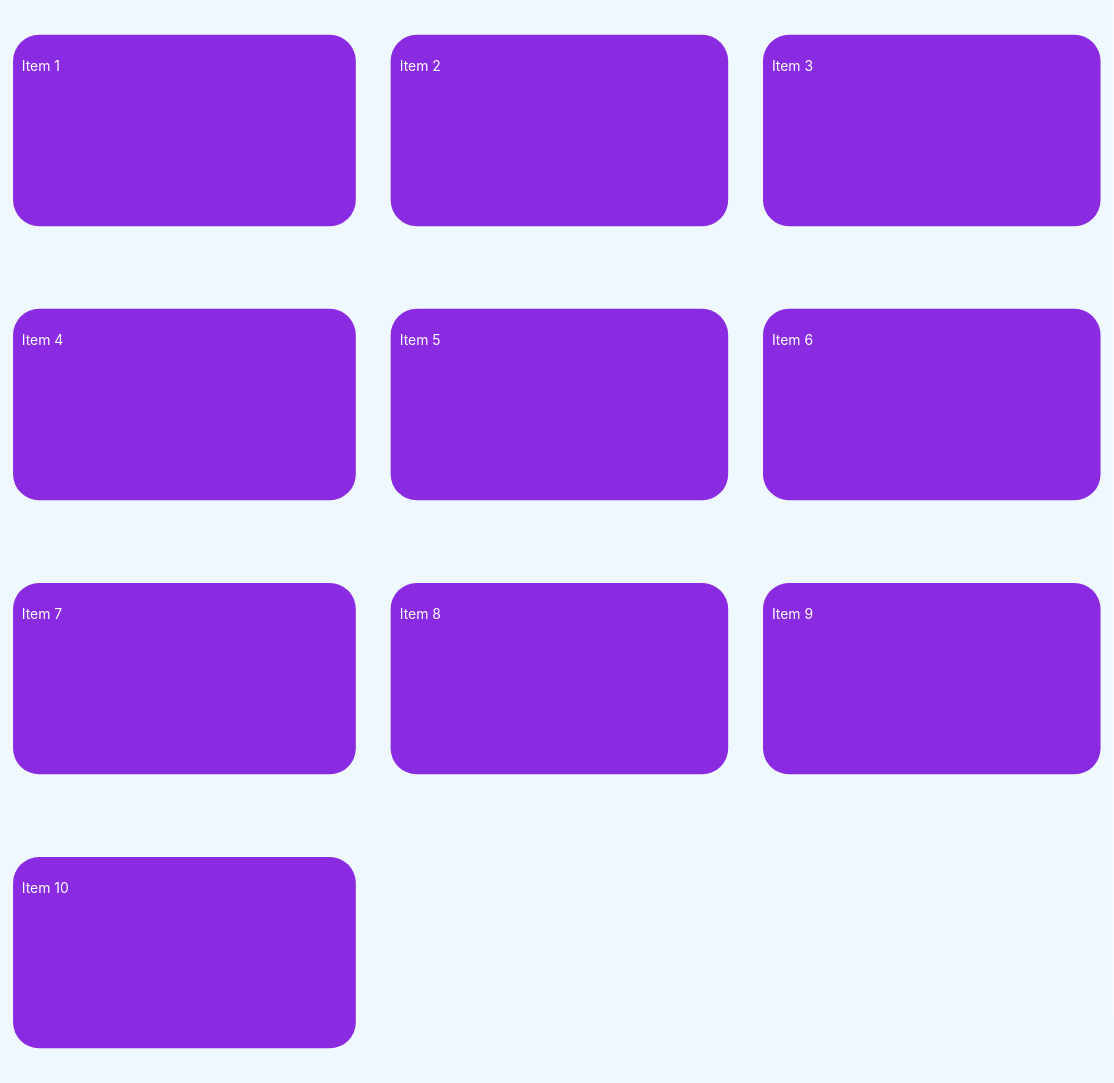
Repository: thai-shriya/anxiety-tracker
Page: /
An editor plug-in stored every save of this project. The page is shown before and after the next save, followed by the edit.
The browser window is 1280 px wide. The pictures show the whole page, at 87% of full size.
The project was rebuilt for these pictures with package versions that can differ from the ones it lists, and the page was loaded fresh each time.

Above is the page before, as saved 2024-04-23 01:33:31.

After the next save:
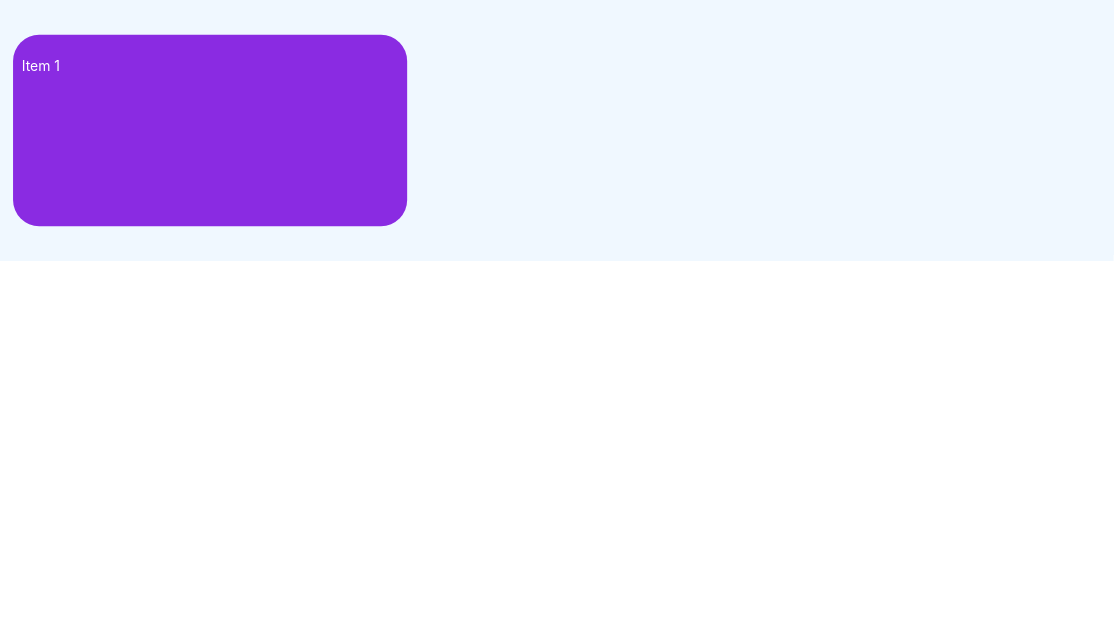
Saved 39 s later.
--- a/src/App.js
+++ b/src/App.js
@@ -10,16 +10,10 @@ function App() {
 
   return (
     <div className='grid-container'>
-      <div className='flex-card'><p>Item 1</p></div>
-      <div className='flex-card'><p>Item 2</p></div>
-      <div className='flex-card'><p>Item 3</p></div>
-      <div className='flex-card'><p>Item 4</p></div>
-      <div className='flex-card'><p>Item 5</p></div>
-      <div className='flex-card'><p>Item 6</p></div>
-      <div className='flex-card'><p>Item 7</p></div>
-      <div className='flex-card'><p>Item 8</p></div>
-      <div className='flex-card'><p>Item 9</p></div>
-      <div className='flex-card'><p>Item 10</p></div>
+      <div className='flex-card'>
+        <p>Item 1</p>
+      </div>
+
     </div>
 
   );
